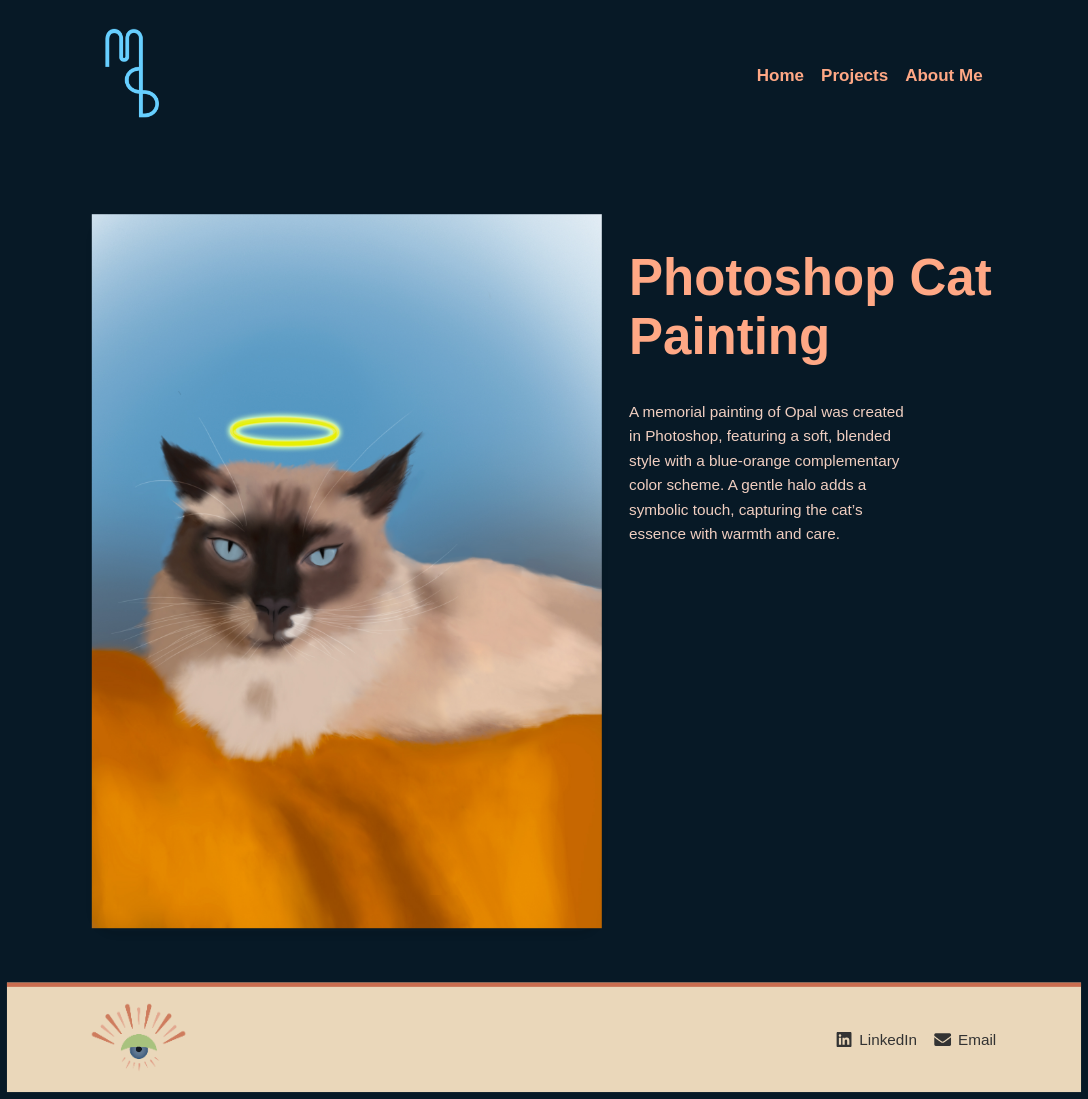
Repository: madelinestruthers/madeline-portfolio-site
Page: /Projects/photoshop-painting
These files come from the project's save history. The page is drawn as it stood at one moment and after the next save; the edit follows.
The browser window is 1280 px wide. The pictures show the whole page, at 85% of full size.
The project was rebuilt for these pictures with package versions that can differ from the ones it lists, and the page was loaded fresh each time. The framework's server and built-in components were replaced by stand-ins that run in the browser. Also part of the build but not shown: next.config.mjs.

Above is the page before, as saved 2025-02-09 16:40:01.

### src/pages/Projects/photoshop-painting.js
import NavBar from "@/components/NavBar";
import Footer from "@/components/Footer";
import styles from "@/styles/About.module.css";
import Image from "next/image";

export default function Opal() {
  return (
    <>
      <NavBar />
      <div className={`${styles.page}`}>
        <main className={styles.container}>
          <div className={styles.portrait}>
            <Image
              src="/images/opal-halo.jpg"
              alt="Portrait of Me"
              layout="intrinsic" // Keeps the original dimensions
              width={600} // Adjust width as needed
              height={770} // Scaled height based on aspect ratio
              priority // Preloads the image for better performance
            />
          </div>
          <div className={styles.bioContainer}>
         <h1 className={styles.h1Style}>Photoshop Cat Painting </h1>
            <p className={styles.bio}>
            A memorial painting of Opal was created in Photoshop, featuring a soft, blended style with a blue-orange complementary color scheme. A gentle halo adds a symbolic touch, capturing the cat’s essence with warmth and care.              </p>
          </div>
        </main>
      </div>
      <Footer />
    </>
  );
}

### src/styles/globals.css
:root {
  --background: #071926;
  --foreground: #171717;
}

@media (prefers-color-scheme: dark) {
  :root {
    --background: #071926;
    --foreground: #ffffff;
  }
}

html,
body {
  max-width: 100vw;
  overflow-x: hidden;
}

body {
  color: var(--foreground);
  background: var(--background);
  font-family: comme, Poppins, sans-serif;
font-size: 16px;
}

/* styles*/



a {
  color: inherit;
  text-decoration: none;
}
.projects-container {
  display: grid;
  grid-template-columns: 1fr; /* Single column on mobile */
  gap: 20px;
  padding-top: 20px;
  padding-bottom: 20px;
  justify-items: center;
}

.project-card {
  padding-top: 15;
  padding-bottom: 15px;
  border-radius: 8px;
  box-shadow: 0 4px 8px rgba(0, 0, 0, 0.);
  transition: transform 0.2s;
  cursor: pointer;
  width: 100%; /* Makes sure it fits nicely on smaller screens */
  max-width: 350px; /* Prevents it from becoming too wide */
  text-align: center;
}

.project-card:hover {
  transform: scale(1.05);
}

/* 🔥 Tablet View (600px and up) */
@media (min-width: 600px) {
  .projects-container {
    grid-template-columns: repeat(2, 1fr); /* Two columns */
  }
}

/* 🖥️ Desktop View (900px and up) */
@media (min-width: 900px) {
  .projects-container {
    grid-template-columns: repeat(3, 1fr); /* Three columns */
  }
}

### src/components/NavBar.js
import React, { useState } from "react";
import Image from "next/image";
import styles from "./Navbar.module.css";

const NavBar = () => {
  const [isMenuOpen, setIsMenuOpen] = useState(false);

  const toggleMenu = () => setIsMenuOpen(!isMenuOpen);

  return (
    <nav className={styles.navbar}>
      <div className={styles["navbar-logo"]}>
        <a href="/">
          <Image
            src="/images/ms-logo.png"
            alt="Logo"
            width={70} // Adjust width as needed
            height={20} // Adjust height as needed to maintain aspect ratio
            priority
          />
        </a>
      </div>

      <div className={styles.hamburger} onClick={toggleMenu}>
        <div className={styles.bar}></div>
        <div className={styles.bar}></div>
        <div className={styles.bar}></div>
      </div>

      <ul
        className={`${styles["navbar-links"]} ${
          isMenuOpen ? styles["navbar-links-open"] : ""
        }`}
      >
        <li>
          <a href="/">Home</a>
        </li>
        <li>
          <a href="/projects">Projects</a>
        </li>
        <li>
          <a href="/about">About Me</a>
        </li>

      </ul>
    </nav>
  );
};

export default NavBar;

### src/components/Footer.js
// src/components/Footer.js
import React from "react";
import styles from "./Footer.module.css";
import { FaLinkedin, FaEnvelope } from "react-icons/fa";
import Image from "next/image";

const Footer = () => {
  return (
    <footer className={styles.footer}>
      {/* Left Section: Logo */}
      <div className={styles.logo}>
        <a href="/">
        <Image
            src="/images/eye-logo.png"
            alt="Logo"
            width={110} // Adjust width as needed
            height={80} // Adjust height as needed to maintain aspect ratio
            priority
          />
        </a>
      </div>

      {/* Right Section: Links */}
      <div className={styles.links}>
        <a
          href="https://linkedin.com/in/madelinestruthers" // Replace with your LinkedIn URL
          target="_blank"
          rel="noopener noreferrer"
          className={styles.link}
        >
          <FaLinkedin className={styles.icon} /> LinkedIn
        </a>
        <a
          href="mailto:maddiestruthersdesigns@gmail.com" // Replace with your email
          className={styles.link}
        >
          <FaEnvelope className={styles.icon} /> Email
        </a>
      </div>
    </footer>
  );
};

export default Footer;

### src/styles/About.module.css
/* Page Wrapper */
  .page {
    display: flex;
    flex-direction: column; /* Stack children vertically */
    min-height: 100vh; /* Full viewport height */
  }

    /* Main Container */
  .container {
    flex: 1; /* Allows the main content to expand and take available space */
    display: flex;
    flex-direction: column;
    justify-content: center; /* Center content vertically, optional */
    align-items: center; /* Center content horizontally, optional */
    padding: 20px 90px;
  }

  /* Portrait Styling */
  .portrait {
    flex-shrink: 0; /* Prevent the image from shrinking */
    border-radius: 30px; /* Rounded corners */
    box-shadow: 0 4px 8px rgba(0, 0, 0, 0.1); /* Subtle shadow for depth */
    margin-bottom: 2.5rem; /* Add spacing on smaller screens */

  }

  /* Bio Section */
  .bioContainer {
    text-align: left; /* Center text for mobile-first */
  }

  .h1Style {
    font-size: 30px;  /* Adjust size */
    color: #FFA885;     /* Customize color */
    font-weight: bold;
    text-align: center;
  }

  .bio {
    font-size: 16px;
    line-height: 1.6;
    color: #f1cfc1;
    margin: 0;
    text-align: center;
  }


  /* Responsive Adjustments */
  @media (min-width: 768px) {
    .container {
      flex-direction: row; /* Align image and text horizontally */
      align-items: flex-start;
      text-align: left; /* Align text to the left for larger screens */
      padding: 20px 100px;
    }

    .portrait {
      /* Remove bottom margin in horizontal layout */
    }

    .bioContainer {
      flex: 1; /* Allow text to take up remaining space */
      width:50%;

    }
  }

  @media (min-width: 1024px) {

    .container{
      margin-top: 4rem;
    }
    .h1Style {
      font-size: 60px;  /* Adjust size */
      color: #FFA885;     /* Customize color */
      font-weight: bold;
      text-align: left;
    }

    .bio {
      font-size: 18px; /* Larger text for readability */
      width:76%;
      text-align: left;
    }

    .bioContainer{
      margin-left: 2rem;
    }
  }

### src/components/Navbar.module.css
/* Base Styles (Mobile First) */
.navbar {
    display: flex;
    justify-content: space-between;
    align-items: center;
    padding: 2rem;
    margin: 1rem;
    position: relative;
  }

  .navbar-logo {
    display: flex;
    align-items: center;

  }

  .navbar-logo a {
    text-decoration: none;
  }

  .navbar-logo img {
    max-width: 80%;
    height: auto;
  }

  /* Hamburger Menu */
  .hamburger {
    display: flex;
    flex-direction: column;
    justify-content: space-between;
    width: 2.5rem;
    height: 2rem;
    cursor: pointer;
  }

  .bar {
    height: 5px;
    width: 100%;
    border-radius: 3px;
    transition: all 0.3s ease;
  }

  /* Navigation Links */
  .navbar-links {
    display: none; /* Hidden by default for mobile */
    flex-direction: column;
    list-style: none;
    text-align: center;
    position: absolute;
    top: 80px;
    right: 20px;
    background-color: #fff;
    box-shadow: 0 4px 6px rgba(0, 0, 0, 0.1);

    border-radius: 8px;
    z-index: 10;
    font-size: 24px;
  }

  .navbar-links a {
    text-decoration: none;
    font-size: 24px;
    font-weight: 600;
    color: #FFA885;
    padding: 1.5rem;
    display: block;
    transition: color 0.3s ease;
  }

  .navbar-links a:hover {
    color: #CA6D4F;
  }

  /* Show Links When Menu is Open */
  .navbar-links-open {
    display: flex;
  }


  /* Tablet Styles (768px) */
  @media (min-width: 768px) {
    .hamburger {
      display: none; /* Hide hamburger menu */
    }
    .navbar-logo img {
      max-width: 100%;
      height: auto;
    }
    .navbar {
      flex-direction: row;
      justify-content: space-between;
      padding: 10px 100px;
    }

    .navbar-links {
      display: flex; /* Show links in a row */
      flex-direction: row;
      position: static; /* Reset positioning */
      background: none;
      box-shadow: none;
      padding: 0;
      gap: 20px;
    }

    .navbar-links a {
      padding: 0;
      font-size: 18px;
    }
  }

  /* Desktop Styles (1024px) */
  @media (min-width: 1024px) {
    .navbar {
      padding: 10px 100px;
    }

    .navbar-logo img {
      max-width: 90%;
      height: auto;
    }

    .navbar-links a {
      font-size: 20px;
    }

  }

### src/components/Footer.module.css
/* src/components/Footer.module.css */
.footer {
    display: flex;
    justify-content: space-between;
    align-items: center;
    padding: 20px 100px; /* Adjust the side padding as needed */
    border-top: 5px solid #CA6D4F; /* Subtle border on top */
    background-color: #EAD7BA;
  }

  .logo {
    display: flex;
    align-items: center;
  }

  .logoImage {
    height: 40px; /* Adjust logo size */
    width: auto;
  }

  .links {
    display: flex;
    gap: 20px; /* Space between links */
  }

  .link {
    display: flex;
    align-items: center;
    text-decoration: none;
    font-size: 18px;
    color: #333; /* Dark text color */
    transition: color 0.3s ease;
  }

  .link:hover {
    color: #0077cc; /* Blue color on hover */
  }

  .icon {
    margin-right: 8px; /* Space between icon and text */
    font-size: 20px;
  }

Loaded but not shown: src/pages/_app.js (common file); src/pages/_document.js (common file)

After the next save:
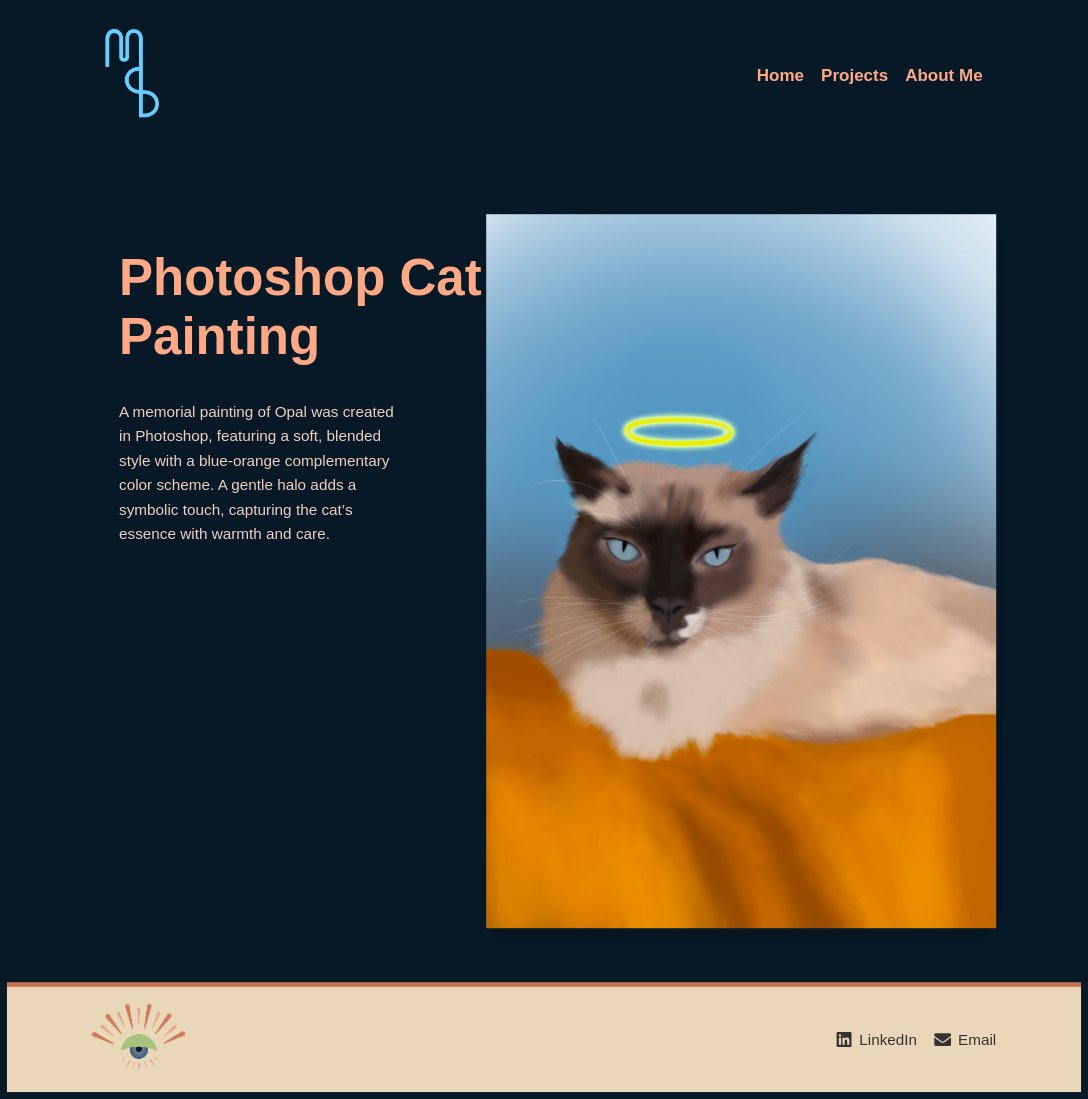
Saved 40 s later.
--- a/src/pages/Projects/photoshop-painting.js
+++ b/src/pages/Projects/photoshop-painting.js
@@ -9,6 +9,12 @@
       <NavBar />
       <div className={`${styles.page}`}>
         <main className={styles.container}>
+
+          <div className={styles.bioContainer}>
+         <h1 className={styles.h1Style}>Photoshop Cat Painting </h1>
+            <p className={styles.bio}>
+            A memorial painting of Opal was created in Photoshop, featuring a soft, blended style with a blue-orange complementary color scheme. A gentle halo adds a symbolic touch, capturing the cat’s essence with warmth and care.              </p>
+          </div>
           <div className={styles.portrait}>
             <Image
               src="/images/opal-halo.jpg"
@@ -19,11 +25,6 @@
               priority // Preloads the image for better performance
             />
           </div>
-          <div className={styles.bioContainer}>
-         <h1 className={styles.h1Style}>Photoshop Cat Painting </h1>
-            <p className={styles.bio}>
-            A memorial painting of Opal was created in Photoshop, featuring a soft, blended style with a blue-orange complementary color scheme. A gentle halo adds a symbolic touch, capturing the cat’s essence with warmth and care.              </p>
-          </div>
         </main>
       </div>
       <Footer />
